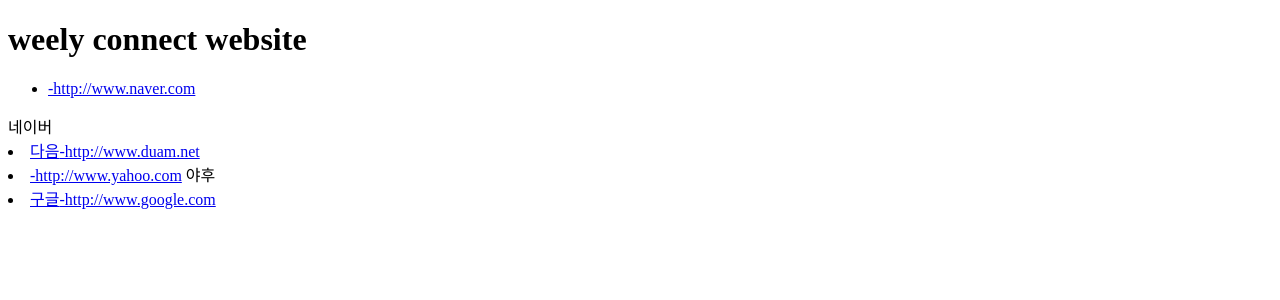
Repository: luna2222/web
Page: 01HTML5/WebContent/[8강]CSS3선택자2/08_03.html
These files come from the project's save history. The page is drawn as it stood at one moment and after the next save; the edit follows.
The browser window is 1280 px wide. The pictures show the whole page.

Above is the page before, as saved 2019-02-19 08:19:18.

After the next save:
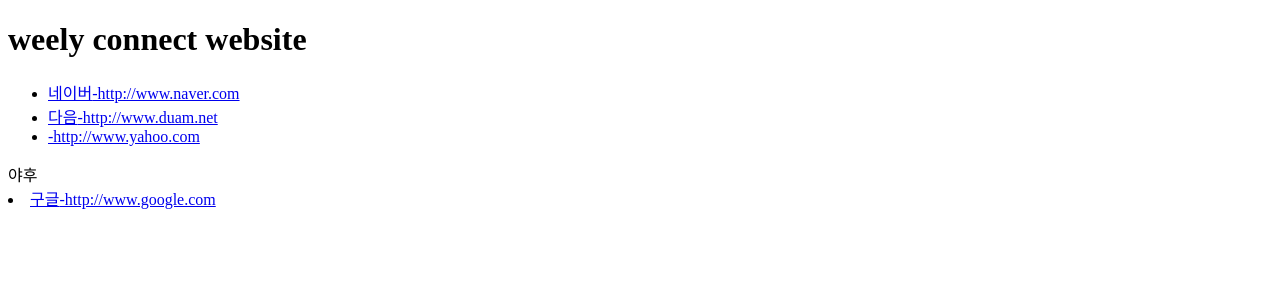
Saved 2 min 57 s later.
--- a/01HTML5/WebContent/[8강]CSS3선택자2/08_03.html
+++ b/01HTML5/WebContent/[8강]CSS3선택자2/08_03.html
@@ -29,10 +29,10 @@
 		</div>
 		<div id="content">
  			<ul>
- 			<li><a href="http://www.naver.com" target="_blank"></a></ul>네이버</a></li>
+ 			<li><a href="http://www.naver.com" target="_blank">네이버</a></li>
  			<li class="fa"><a href="http://www.duam.net" target="_blank">다음</a></li>
  			<li><a href="http://www.yahoo.com"target="_blank"></a></ul> 야후</a></li>
- 			<li calss="fa"><a href="http://www.google.com"target="_blank"> 구글</a></li>
+ 			<li calss="fa"><a href="http://www.google.com" target="_blank"> 구글</a></li>
  			</ul>
  			</div>
 </body>
